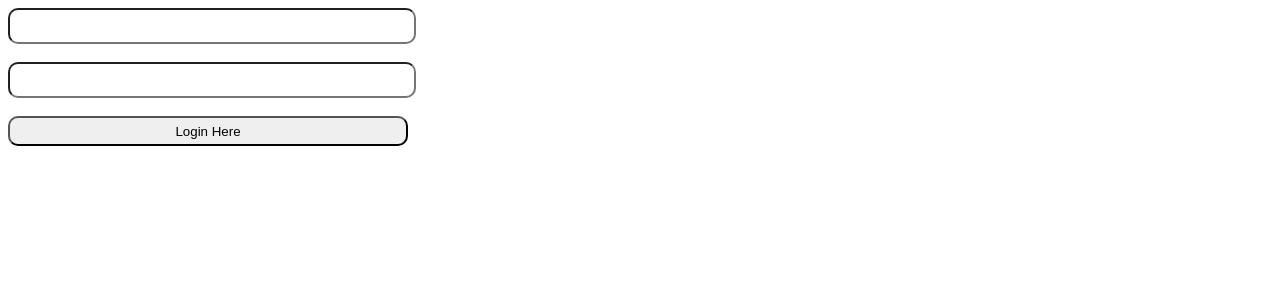
Repository: vaibhaokamble/MY_INSTITUTE_PUNE
Page: SERVLET/LoginServerApplication/src/main/webapp/login.html
These files come from the project's save history. The page is drawn as it stood at one moment and after the next save; the edit follows.
The browser window is 1280 px wide. The pictures show the whole page.

Above is the page before, as saved 2022-10-18 09:32:09.

### SERVLET/LoginServerApplication/src/main/webapp/login.html
<!DOCTYPE html>
<html>
<head>
<meta charset="UTF-8">
<title>Insert title here</title>
<link rel="stylesheet" href="css/style.css" />
</style>
</head>
<body>
	<form name='frm' action='login' method='POST'>
		<input type='text' name='name' value='' class='control' /> <br>
		<br> <input type='password' name='pass' value='' class='control' />
		<br> <br> <input type='submit' name='s' value='Login Here'
			class='control' />
</body>
</html>

### SERVLET/LoginServerApplication/src/main/webapp/css/style.css
@charset "UTF-8";


.control {
	width: 400px;
	height: 30px;
	border-radius:10px;
}

After the next save:
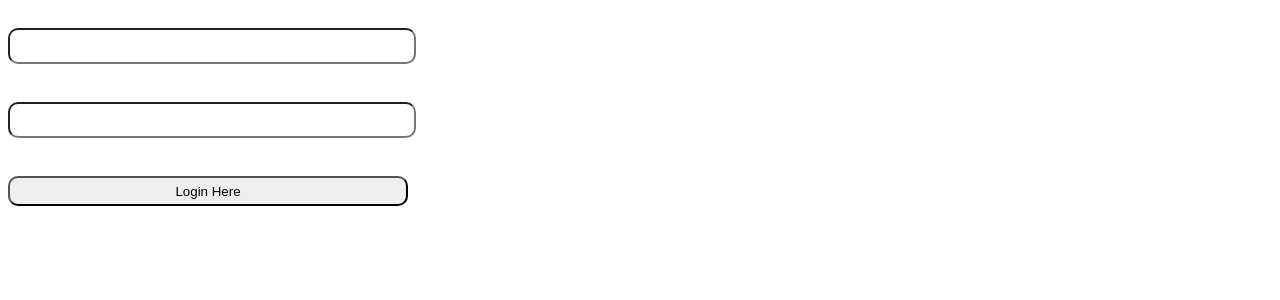
Saved 75 s later.
--- a/SERVLET/LoginServerApplication/src/main/webapp/css/style.css
+++ b/SERVLET/LoginServerApplication/src/main/webapp/css/style.css
@@ -5,4 +5,5 @@
 	width: 400px;
 	height: 30px;
 	border-radius:10px;
+	margin-top:20px;
 }
